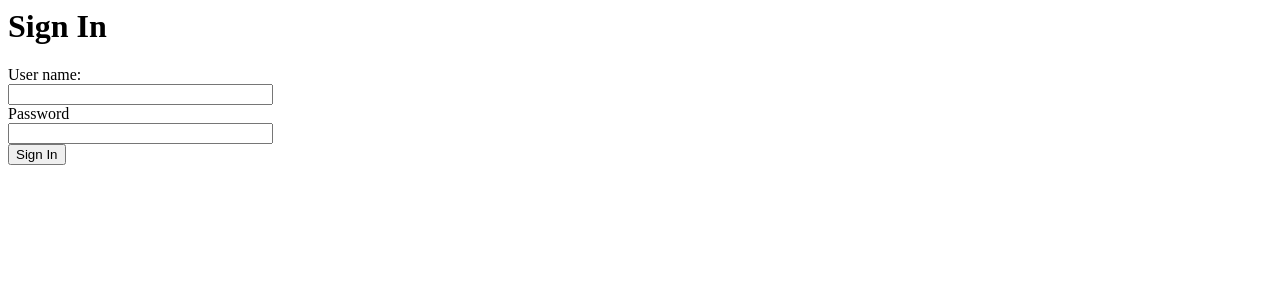
Repository: erjaimin/coding-ground
Page: http://localhost/Assignment03/login.jsp
An editor plug-in stored every save of this project. The page is shown before and after the next save, followed by the edit.
The browser window is 1280 px wide. The pictures show the whole page.
The page is served by Tomcat 9.

Above is the page before, as saved 2017-11-25 19:55:36.

After the next save:
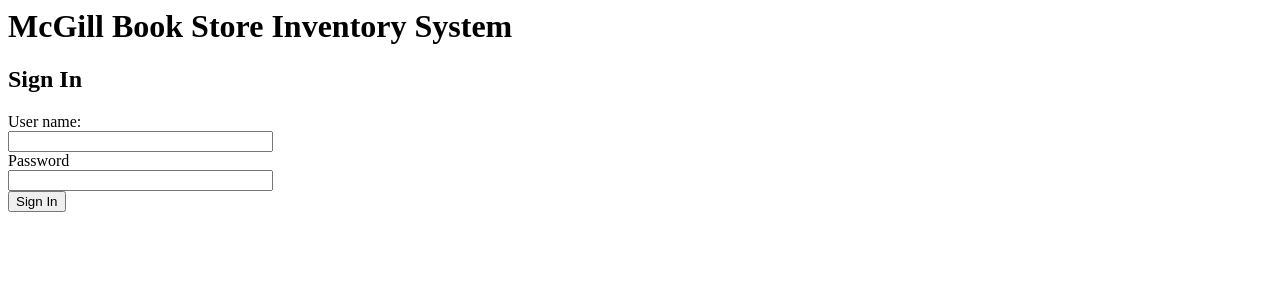
Saved 83 s later.
--- a/Abde_Fatani/Assignment03/WebContent/login.jsp
+++ b/Abde_Fatani/Assignment03/WebContent/login.jsp
@@ -8,7 +8,8 @@
     </style>
 </head>
 <body>
-	<h1>Sign In</h1>
+	<h1>McGill Book Store Inventory System</h1>
+	<h2>Sign In</h2>
 
 	<form action="login.do" method="post" name="loginForm">
 	    <label for="user">User name:</label>
